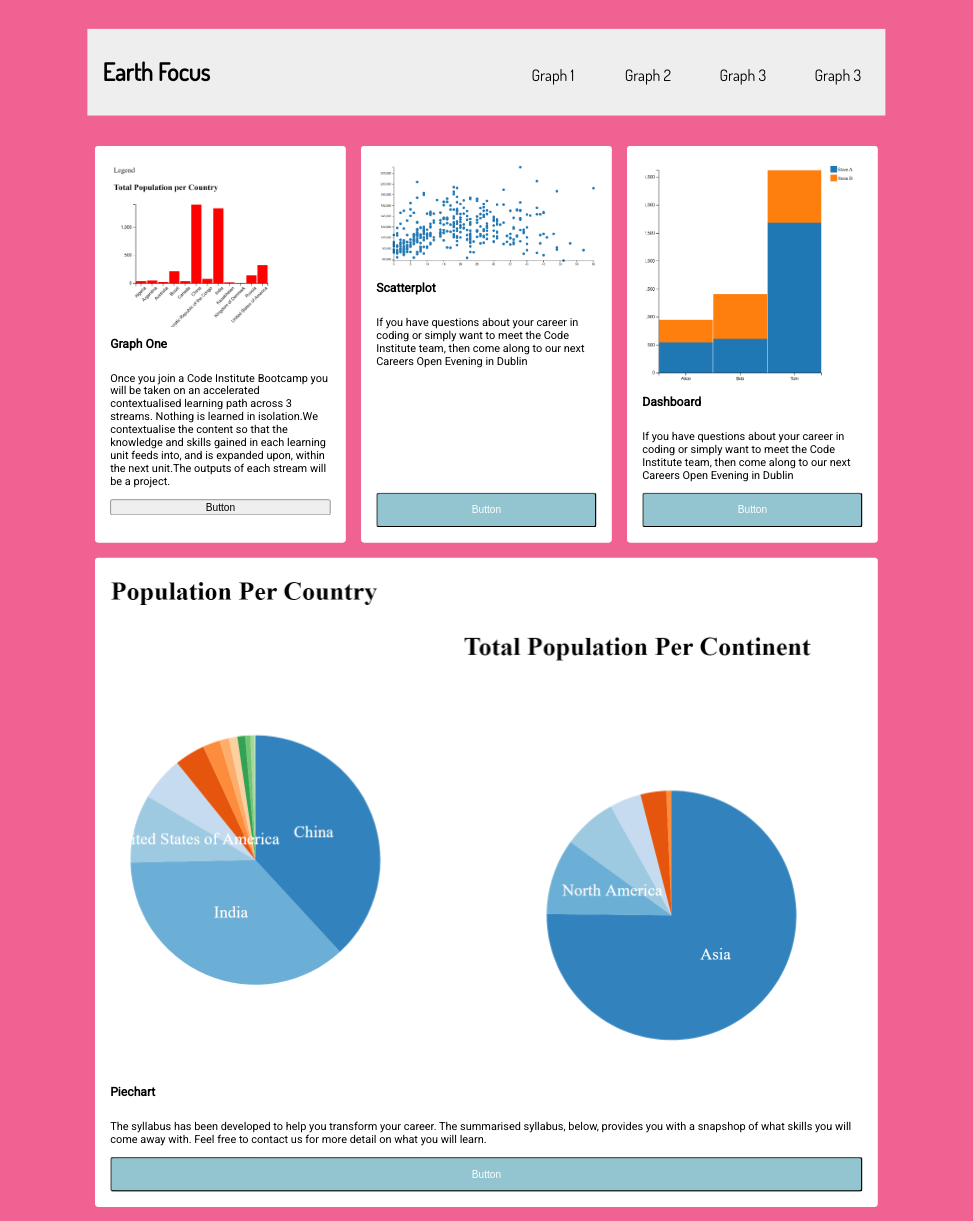
Repository: Code-Institute-Submissions/SOliv1-milestone2_NovResub
Page: index.html
The author's editor kept a record of every edit. The page is drawn from the files as they stood at one moment, then again after the next edit.
The browser window is 1280 px wide. The pictures show the whole page, at 76% of full size.
Some web libraries are served in a nearby version.

Above is the page before.

### index.html
<!DOCTYPE html>
<html lang="en">
<head>
    <meta charset="UTF-8">
    <meta http-equiv="X-UA-Compatible" content="ie=edge">
    <meta name="viewport" content="width=device-width, initial-scale=1">
    <title>Earth Focus</title>
    <link href="css/style.css" rel="stylesheet">
    <link href='https://fonts.googleapis.com/css?family=Roboto' rel='stylesheet' type='text/css'>
    <link href='https://fonts.googleapis.com/css?family=Dosis' rel='stylesheet' type='text/css'>
    </head>
<body>
    <div id="container">
        <nav>
            <ul>
                <li id="logoNav">Earth Focus</>
                <li id="graph1_btn">Graph 1</li>
                <li id="graph2_btn"> Graph 2</li>
                <li id="graph3_btn">Graph 3</li>
                <li id="graph4_btn">Graph 3</li>
            </ul>
        </nav>
        <div class="card graph1">
            <img class="card_image" src="img/1.png" alt=" icon"graph>
            <div class="card_bottom">
                <h2 class="card_head">Graph One</h2>
                <p class="card_para">Once you join a Code Institute Bootcamp you will be taken on an accelerated contextualised learning path across 3 streams. Nothing is learned in isolation.We contextualise the content so that the knowledge and skills gained in each learning
                    unit feeds into, and is expanded upon, within the next unit.The outputs of each stream will be a project. </p>
                <button class="graph1_button" id="button_effects1 href="index.html>Button</button>
            </div>
        </div>
        <div class="card graph2_btn">
            <img class="card_image" src="img/2.png" alt="scatterplot icon">
            <h2 class="card_head">Scatterplot</h2>
            <p class="card_para">If you have questions about your career in coding or simply want to meet the Code Institute team, then come along to our next Careers Open Evening in Dublin</p>
            <button id="button_effects2" class="bottom_button" href="graph1.html">Button</button>
            </div>
        <div class="card graph3">
            <img class="card_image" src="img/3.png" alt="graph icon">
            <h2 class="card_head">Dashboard</h2>
            <p class="card_para">If you have questions about your career in coding or simply want to meet the Code Institute team, then come along to our next Careers Open Evening in Dublin</p>
            <button id="button_effects3" class="bottom_button" href="graph2.html">Button</button>
        </div>
        <div class="card graph4">
         <img class="card_image" src="img/4.png" alt="pie graph">
            <h2 class="card_head">Piechart</h2>
            <p class="card_para">The syllabus has been developed to help you transform your career. The summarised syllabus, below, provides you with a snapshop of what skills you will come away with. Feel free to contact us for more detail on what you will learn.</p>
             <button id="button_effects4" class="bottom_button" graph3>Button</button>
        </div>
    <script src="https://code.jquery.com/jquery-3.2.1.js" integrity="sha256-DZAnKJ/6XZ9si04Hgrsxu/8s717jcIzLy3oi35EouyE=" crossorigin="anonymous"></script>
    <script src="js/script.js"></script>
    <!-- Scripts located at the bottom of the body to insure page is fully loaded before execution -->
</body>
</html>

### css/style.css



body {
	font-family: 'Roboto', sans-serif;
	/*background-image: url(img/earth.png);*/
 	background-size: cover;
 	/*color: #ffffff;*/
 	background-color: #f06292;

}

h1{
	font-size: 3em;
	text-align: center;
}

h2 {
	font-size: 1em;
	text-align: left;

}



p {
	font-size: .9rem;
}



div {
	border-radius: 4px;
}

.card_image {
	width: 100%;

}

.bottom_button {
	display: flex;
	box-sizing:border-box;
	border-radius: 4px;
	display: block;
	width: 100%;
	background-color:rgba(129, 187, 201,.85);
	text-align: center;
	padding: 1em .75em;
	text-decoration: none;
	color: #fff;

}

.card_bottom {
	display: flex;
	flex-flow:column;
}

.card_head {
	flex:0;
}



.card_para {

	flex:1 0 auto;

}

#container {
	display: flex;		/* makes container a flexbox*/
	flex-flow: row wrap; 	/* layout the boxes in rows and wrap them*/
	box-sizing:border-box;
	margin-right:auto;
	margin-left:auto;
	max-width:1050px;
}

#logo {
	width: 800px;
	margin: auto;
}



.card {

	flex:1; /* */

	display: flex;	/* make the contents controllable by flexbox*/
	flex-flow:column;
	min-width: 240px;
	margin: 10px;
	padding: 20px;
	background-color: #fff;
}

.highlight_stream {
	background-color: #8c5845;
}

#my_footer {
	width:100%;
	text-align: center;
}



#copyright {
	margin-top:10px;
	margin-bottom:10px;

}

/*************************
Navigation
**************************/

nav {

	font-family: roboto;
	background-color: #eee;
	margin: 30px auto;
	width: 100%;
}

ul {

	display: flex;

	justify-content:space-between;

	flex-flow: row;

	/*flex-flow: row-reverse;*/
	/*justify-content:flex-end;*/
	/*justify-content:space-around;*/
	/*align-items:flex-start;*/
	align-items:baseline;
	border-radius: 10px;
	list-style-type: none; /*Remove Bullets*/
	padding: 0;

}

li {
	flex:1;
	height: 30px;
	/*width:10%;*/
	/*border:2px solid #000;*/
	/*background-color: #81BBC9;*/
	/*border-radius: 10px;*/
	font-family: Dosis;
	padding:20px 20px 20px 20px;
	text-align: center;
	font-size: 1.3em;
}

#logoNav {
	flex:6;
	text-align: left;
	font-size: 2em;
	font-weight: bold;
}

.underline {
    text-decoration:underline;

}



.border {

    border: solid 5px #ccc;

}

@media screen and (max-width: 700px) {
	ul {
		flex-flow: column;
		align-items:center;
    }
	li {
		font-size: 2em;
	}

}

### js/script.js

// Use the fadeTo effect when the mouse hovers over a specific button
    // and fadeTo again when the mouse is no longer hovering over the button

    $("#button_effects1").mouseenter(function(){
        $('#button_effects1').fadeTo(1000, 0.5);
    });
    $("#button_effects1").mouseleave(function(){
        $('#button_effects1').fadeTo(1000, 1);
    });
    $("#button_effects2").mouseenter(function(){
        $('#button_effects2').fadeTo(1000, 0.5);
    });
    $("#button_effects2").mouseleave(function(){
        $('#button_effects2').fadeTo(1000, 1);
    });
    $("#button_effects3").mouseenter(function(){
        $('#button_effects3').fadeTo(1000, 0.5);
    });
    $("#button_effects3").mouseleave(function(){
        $('#button_effects3').fadeTo(1000, 1);
    });
    $("#button_effects4").mouseenter(function(){
        $('#button_effects4').fadeTo(1000, 0.5);
    });
    $("#button_effects4").mouseleave(function(){
        $('#button_effects4').fadeTo(1000, 1);
    });
    $("#button_effects4").mouseleave(function(){
        $('#button_effects5').fadeTo(1000, 1);
    });

    //waits until page is loaded first

    $(document).ready(function(){
    //applies colour red to paragraphs when clicked on
    $("p").click(function(){
        $("p").addClass("card_par2 highlight_text");
    });


    // Toggle the visibility of the paragraph when a button is clicked

	$("button").click(function(){
		$(this).prev().slideToggle('slow');

	});

	// Open the paragraph once the image is clicked

	$("img").click(function() {
		$(this).next().children("p").slideDown();

	});


	$(".card").click(function() {
		$(this).toggleClass("highlight");

	});

	// All cards that are not currently selected will be hidden when `select_btn` is clicked

	$("#select_btn").click(function() {

		$(".card:not(.highlight)").hide();

	});

// Select all cards

	$("#all_btn").click(function(){

		$(".card").show();

	});

});

After the next edit:
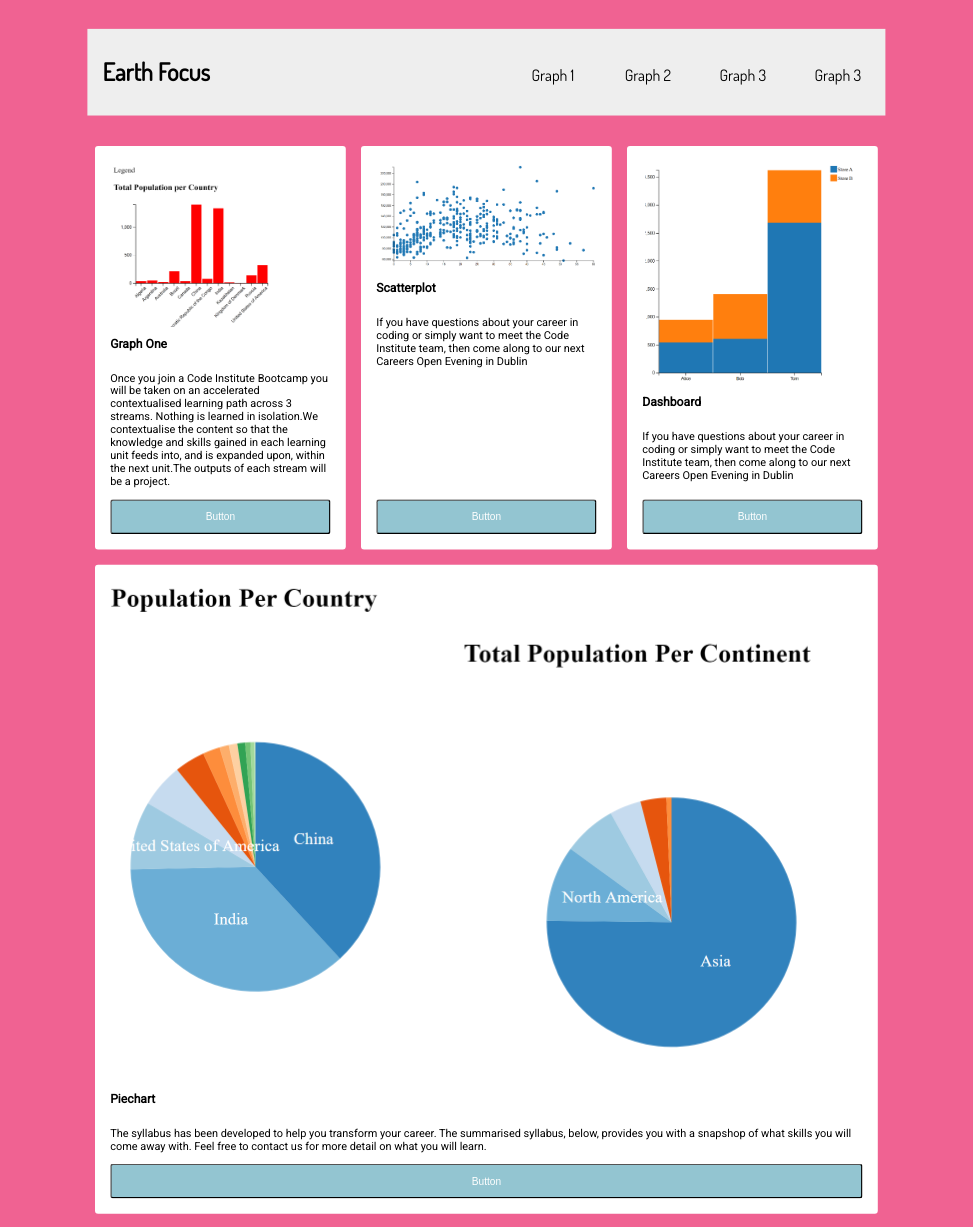
The edit:
--- a/index.html
+++ b/index.html
@@ -26,7 +26,7 @@
                 <h2 class="card_head">Graph One</h2>
                 <p class="card_para">Once you join a Code Institute Bootcamp you will be taken on an accelerated contextualised learning path across 3 streams. Nothing is learned in isolation.We contextualise the content so that the knowledge and skills gained in each learning
                     unit feeds into, and is expanded upon, within the next unit.The outputs of each stream will be a project. </p>
-                <button class="graph1_button" id="button_effects1 href="index.html>Button</button>
+                <button class="bottom_button" id="button_effects1 href="index.html>Button</button>
             </div>
         </div>
         <div class="card graph2_btn">
